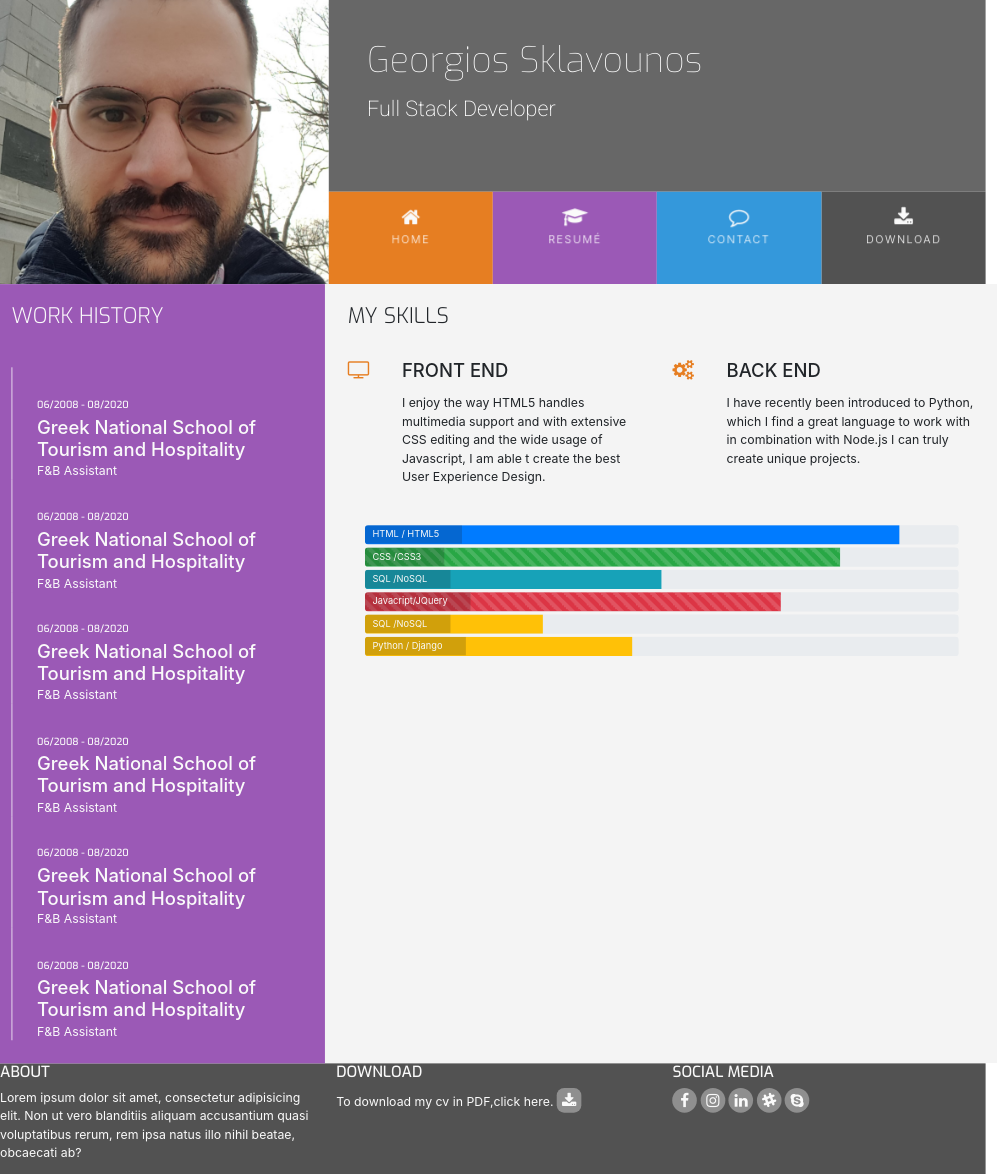
Repository: GeorgiosSklav/MyResume
Page: resume.html
The author's editor kept a record of every edit. The page is drawn from the files as they stood at one moment, then again after the next edit.
The browser window is 1280 px wide. The page is 1295 px wide, so the pictures cover 1295 px, including what lies to the right of the window. The pictures show the whole page, at 77% of full size.

Above is the page before.

### resume.html
<!DOCTYPE html>
<html lang="en">

<head>
    <meta charset="UTF-8">
    <meta name="viewport" content="width=device-width, initial-scale=1.0">
    <meta http-equiv="X-UA-Compatible" content="ie=edge">
    <link rel="stylesheet" href="https://stackpath.bootstrapcdn.com/bootstrap/4.3.1/css/bootstrap.min.css" type="text/css" />
    <link rel="stylesheet" href="https://stackpath.bootstrapcdn.com/font-awesome/4.7.0/css/font-awesome.min.css" type="text/css" />
    <link rel="stylesheet" href="assets/css/style.css" type="text/css" />
    <link rel="stylesheet" href="https://cdnjs.cloudflare.com/ajax/libs/hover.css/2.3.1/css/hover-min.css" type="text/css" />
    <title>Georgios Sklavounos resume</title>
</head>

<body>
    <header>
        <div class="row no-gutters">
            <a href="index.html" class="col-md-4 logo">

            </a>
            <div class="col-md-8">
                <div class="row no-gutters bg-color-name-title">
                    <div class="col heading">
                        <h1 class="name">Georgios Sklavounos</h1>
                        <h2 class="title">Full Stack Developer</h2>
                    </div>
                </div>
                <div class="row no-gutters">
                    <div class="col">
                        <ul id="nav" class="list-inline menucontainer">
                            <li class="col-6 col-sm-3 color-home list-inline-item menu-item">
                                <a href="#" class="hvr-sweep-to-right"><i class="fa fa-home" aria-hidden="true"></i><span>Home</span></a>
                            </li>
                            <li class="col-6 col-sm-3 color-resume list-inline-item menu-item">
                                <a href="#" class="hvr-sweep-to-left"><i class="fa fa-graduation-cap" aria-hidden="true"></i><span>Resumé</span></a>
                            </li>
                            <li class="col-6 col-sm-3 color-contact list-inline-item menu-item">
                                <a href="#" class="hvr-sweep-to-right"><i class="fa fa-comment-o" aria-hidden="true"></i><span>Contact</span></a>
                            </li>
                            <li class="col-6 col-sm-3 color-download list-inline-item menu-item">
                                <a href="#" class="hvr-sweep-to-left"><i class="fa fa-download" aria-hidden="true"></i><span>Download</span></a>
                            </li>
                        </ul>
                    </div>
                </div>
            </div>
    </header>
    <setion class="container-fluid">
        <div class="row">
            <div class="col-md-4 bg-color-work-history section-column">
                <div class="row">
                    <div class="col-12">
                        <h3 class="history-heading uppercase">Work History</h3>
                    </div>
                </div>
                <div class="history-items">
                    <div class="timeline-item" data-dates="06/2008 - 08/2020">
                        <h4>Greek National School of Tourism and Hospitality</h4>
                        <p>F&B Assistant</p>
                    </div>
                    <div class="timeline-item" data-dates="06/2008 - 08/2020">
                        <h4>Greek National School of Tourism and Hospitality</h4>
                        <p>F&B Assistant</p>
                    </div>
                    <div class="timeline-item" data-dates="06/2008 - 08/2020">
                        <h4>Greek National School of Tourism and Hospitality</h4>
                        <p>F&B Assistant</p>
                    </div>
                    <div class="timeline-item" data-dates="06/2008 - 08/2020">
                        <h4>Greek National School of Tourism and Hospitality</h4>
                        <p>F&B Assistant</p>
                    </div>
                    <div class="timeline-item" data-dates="06/2008 - 08/2020">
                        <h4>Greek National School of Tourism and Hospitality</h4>
                        <p>F&B Assistant</p>
                    </div>
                    <div class="timeline-item" data-dates="06/2008 - 08/2020">
                        <h4>Greek National School of Tourism and Hospitality</h4>
                        <p>F&B Assistant</p>
                    </div>
                </div>
            </div>
            <div class="col-md-8 bg-color-three-reasons section-column">
                <div class="row">
                    <div class="col">
                        <h3 class="section-heading uppercase">My Skills</h3>
                    </div>
                </div>
                <div class="row">
                    <div class="col-10 offset-1 offset-sm-0 col-sm-4 col-md-6">
                        <div class="row">
                            <div class="col-2">
                                <i class="three-reasons-icon fa fa-tv" aria-hidden="true"></i>
                            </div>
                            <div class="col-10">
                                <h4 class="three-reason-heading uppercase">Front End</h4>
                                <p>I enjoy the way HTML5 handles multimedia support and with extensive CSS editing and the wide usage of Javascript, I am able t create the best User Experience Design.</p>
                            </div>
                        </div>
                    </div>
                    <div class="col-10 offset-1 offset-sm-0 col-sm-4 col-md-6">
                        <div class="row">
                            <div class="col-2">
                                <i class="three-reasons-icon fa fa-gears" aria-hidden="true"></i>
                            </div>
                            <div class="col-10">
                                <h4 class="three-reason-heading uppercase">Back End</h4>
                                <p>I have recently been introduced to Python, which I find a great language to work with in combination with Node.js I can truly create unique projects.</p>
                            </div>
                        </div>
                    </div>
                </div>
                <div class="row progress-section">
                    <div class="col">
                        <div class="progress">
                            <div class="progress-bar" role="progressbar" aria-valuenow="90" aria-valuemin="0" aria-valuemax="100" style="width:90%;">
                                <span class="sr-only">90% complete</span>
                            </div>
                            <span class="progress-type">HTML / HTML5</span>
                        </div>
                        <div class="progress">
                            <div class="progress-bar progress-bar-striped bg-success" role="progressbar" aria-valuenow="80" aria-valuemin="0" aria-valuemax="100" style="width:80%;">
                                <span class="sr-only">80% complete</span>
                            </div>
                            <span class="progress-type">CSS /CSS3</span>
                        </div>
                        <div class="progress">
                            <div class="progress-bar bg-info" role="progressbar" style="width: 50%" aria-valuenow="50" aria-valuemin="0" aria-valuemax="100">
                                <span class="sr-only">50% complete</span>
                            </div>
                            <span class="progress-type">SQL /NoSQL</span>
                        </div>
                        <div class="progress">
                            <div class="progress-bar progress-bar-striped bg-danger" role="progressbar" aria-valuenow="70" aria-valuemin="0" aria-valuemax="100" style="width:70%;">
                                <span class="sr-only">70% complete</span>
                            </div>
                            <span class="progress-type">Javacript/JQuery</span>
                        </div>
                        <div class="progress">
                            <div class="progress-bar bg-info bg-warning" role="progressbar" style="width: 30%" aria-valuenow="30" aria-valuemin="0" aria-valuemax="100">
                                <span class="sr-only">30% complete</span>
                            </div>
                            <span class="progress-type">SQL /NoSQL</span>
                        </div>
                        <div class="progress">
                            <div class="progress-bar bg-info bg-warning" role="progressbar" style="width: 45%" aria-valuenow="45" aria-valuemin="0" aria-valuemax="100">
                                <span class="sr-only">45% complete</span>
                            </div>
                            <span class="progress-type">Python / Django</span>
                        </div>
                    </div>
                </div>
            </div>
        </div>
    </setion>
    <footer class="container-fluid ">
        <div class="row " id="footer-details ">
            <div class="col-sm-4 ">
                <h5 class="uppercase general-sub ">About</h5>
                <p class="inline-block ">
                    Lorem ipsum dolor sit amet, consectetur adipisicing elit. Non ut vero blanditiis aliquam accusantium quasi voluptatibus rerum, rem ipsa natus illo nihil beatae, obcaecati ab?
                </p>
            </div>
            <div class="col-sm-4 ">
                <h5 class="uppercase general-sub ">Download</h5>
                <p class="inline-block ">
                    To download my cv in PDF,click here.
                    <a href="# " target="_blank " class="cv-pdf ">
                        <i class="fa fa-download " aria-hidden="true "></i>
                        <span class="sr-only ">Download icon.</span>
                    </a>
                </p>
            </div>
            <div class="col-sm-4 ">
                <h5 class="uppercase general-sub ">Social Media</h5>
                <ul class="list-inline social-links ">
                    <li class="list-inline-item ">
                        <a target="_blank " href="# ">
                            <i class="fa fa-facebook "></i>
                            <span class="sr-only ">Facebook</span>
                        </a>
                    </li>
                    <li class="list-inline-item ">
                        <a target="_blank " href="# ">
                            <i class="fa fa-instagram "></i>
                            <span class="sr-only ">Instagram</span>
                        </a>
                    </li>
                    <li class="list-inline-item ">
                        <a target="_blank " href="# ">
                            <i class="fa fa-linkedin "></i>
                            <span class="sr-only ">Linked-In</span>
                        </a>
                    </li>
                    <li class="list-inline-item ">
                        <a target="_blank " href="# ">
                            <i class="fa fa-slack "></i>
                            <span class="sr-only ">Slack</span>
                        </a>
                    </li>
                    <li class="list-inline-item ">
                        <a target="_blank " href="# ">
                            <i class="fa fa-skype "></i>
                            <span class="sr-only ">Skype</span>
                        </a>
                    </li>
                </ul>
            </div>
        </div>
    </footer>
</body>

</html>

### assets/css/style.css
@import url('https://fonts.googleapis.com/css?family=Roboto:100,200,300,400,500,600,700|Exo:100,200,300,400,500,600,700');



/*-------------------------colours*/

.bg-color-name-title {
    background-color: #676767;
}

.color-home {
    background-color: #e67e22;
}

.color-resume {
    background-color: #9b59b6;
}

.color-contact {
    background-color: #3498db;
}

.color-download {
    background-color: #525252;
}

.bg-color-three-reasons {
    background-color: #f4f4f4;
}

.bg-color-personal-info {
    background-color: #f4f4f4;
}
.bg-color-work-history {
    background-color: #9b59b6;
}



/*---------------------------------Paddings,texts,etc*/

h1,
h2,
h3,
h4 {
    margin: 0;
}

.uppercase {
    text-transform: uppercase;
}

.general-sub {
    font-family: "Exo", sans-serif;
    color: #fafafa;
}

.inline-block {
    display: inline-block;
}

.row-table {
    display: table;
}

.section-column {
    display: table-cell;
    padding: 0 30px 30px;
    float: none;
}
.history-heading,
.section-heading {
    font-family: "Exo", sans-serif;
    font-weight: 300;
    margin-top: 25px;
    margin-bottom: 40px;
}

/*----------------------Container-fluid*/

.container-fluid {
    width: 100%;
    padding: 0;
    padding-bottom: 0;
    margin-right: auto;
    margin-left: auto;
}

/*----------------------heading*/

header {
    margin: 0;
}

.heading {
    margin-left: 50px;
}

.logo {
    background: url("../images/pic2.jpg");
    background-position: center;
    background-repeat: no-repeat;
    background-size: cover;
    min-height: 360px;
    transition: all 0.5s ease-in-out;
    -moz-transition: all 0.5s ease-in-out;
    -webkit-transition: all 0.5s ease-in-out;

}

.name {
    font-family: "Exo", sans-serif;
    font-weight: 100;
    font-size: 46px;
    margin-top: 50px;
    color: #fff;
}

.title {
    font-family: "Roboto", sans-serif;
    font-weight: 200;
    font-size: 28px;
    margin-top: 20px;
    margin-bottom: 90px;
    color: #fff;
}

.list-inline-item:not(:last-child) {
    margin: 0;
}

.menucontainer {
    font-size: 0;
}

#nav {
    margin: 0;
}

#nav li {
    font-size: 14px;
    padding: 0;
}

.menu-item {
    height: 120px;
    text-align: center;
    padding: 0;
}

.menu-item a {
    width: 100%;
    text-decoration: none;
    color: #fff;
    height: 120px;
}

.menu-item a i {
    padding-top: 20px;
    display: block;
    color: #fafafa;
    font-size: 26px;
}

.menu-item span {
    display: block;
    width: 100%;
    padding-top: 5px;
    text-align: center;
    text-transform: uppercase;
    font-size: 14px;
    font-weight: 300;
    letter-spacing: 2px;
}

/*--------------------------hover style*/

.hvr-sweep-to-right:before {
    background: rgb(0, 0, 0);
    height: 120px;
}

.hvr-sweep-to-left:before {
    background: rgba(0, 0, 0, 0.2);
    height: 120px;
}

/*---------------------------------footer*/

footer {
    background-color: #525252;
    color: #fafafa;
    min-height: 120px;
    margin: 0;
}

.social-links i {
    width: 32px;
    height: 32px;
    padding: 12px 0;
    border-radius: 50%;
    font-size: 20px;
    line-height: 10px;
    text-align: center;
    color: #fafafa;
    background: #8f8f8f;
    transition: all 0.35s ease-in-out;
    -moz-transition: all 0.35s ease-in-out;
    -o-transition: all 0.35s ease-in-out;
    -webkit-transition: all 0.35s ease-in-out;

}

.cv-pdf i {
    /*font-size: 19px;
    text-align: center;
    color: #fafafa;
    padding-left: 5px;
    transition: all 0.35s ease-in-out;
    -moz-transition: all 0.35s ease-in-out;
    -o-transition: all 0.35s ease-in-out;
    -webkit-transition: all 0.35s ease-in-out;*/
    width: 32px;
    height: 32px;
    padding: 12px 0;
    border-radius: 30%;
    font-size: 20px;
    line-height: 10px;
    text-align: center;
    color: #fafafa;
    background: #8f8f8f;
    transition: all 0.35s ease-in-out;
    -moz-transition: all 0.35s ease-in-out;
    -o-transition: all 0.35s ease-in-out;
    -webkit-transition: all 0.35s ease-in-out;


}

.cv-pdf i:hover {
    color: #e84610;
}

.social-links i:hover {
    color: #8f8f8f;
    background: #e84610;
}

#footer-details {
    padding: 20px;
}

/*----------------------three-reasons*/

.three-reasons-icon {
    font-size: 26px;
    color: #e67e22;
}

.three-reason-heading {
    margin-bottom: 15px;
}

/*----------------------personal-info*/

.personal-info-item {
    margin-bottom: 20px;
    display: block;
    clear: both;
}

.personal-info-item .key,
.personal-info-item .value {
    padding-right: 8px;
    display: inline-block;
}

.personal-info-item .key p,
.personal-info-item .value p {
    margin: 0;
}

.personal-info-item .key {
    width: 30%;
    margin-right: 21px;
    padding-top: 2px;
    vertical-align: top;
}

.personal-info-item .key p {
    font-weight: 700;
}

.personal-info-item .value {
    width: 60%;
    position: relative;
}

/*----------------------skills*/

.progress {
    position: relative;
    height: 25px;
    margin-bottom: 4px;
}

.progress-type {
    position: absolute;
    left: 0;
    font-weight: 400;
    padding: 3px 30px 3px 10px;
    color: #fafafa;
    background-color: rgba(25, 25, 25, 0.2);
}
.progress-section{
    margin: 35px 5px 30px 7px;
}
/*----------------------history-heading*/

.history-heading {
    color: #fafafa;
    margin-bottom: 50px;
}
.timeline-item {
    padding: 4em 3em 0em 2em;
    position: relative;
    color: #fafafa;
    border-left: solid 1px;
}
.timeline-item p {
    padding: 0;
    margin: 0;
}
.timeline-item:before{
    content: attr(data-dates);
    position: absolute;
    left: 2.5em;
    top: 3em;
    display: block;
    font-family: "Exo", sans-serif;
    font-weight: 500;
    font-size: 0.8em;
    padding: 0;
    margin: 0;
}
.timeline-item:after {
    width: 12px;
    height: 12px;
    display: block;
    top: 2.4em;
    position: absolute;
    left: -6px;
    background-color: #fafafa;
    border-radius: 50%;
}

After the next edit:
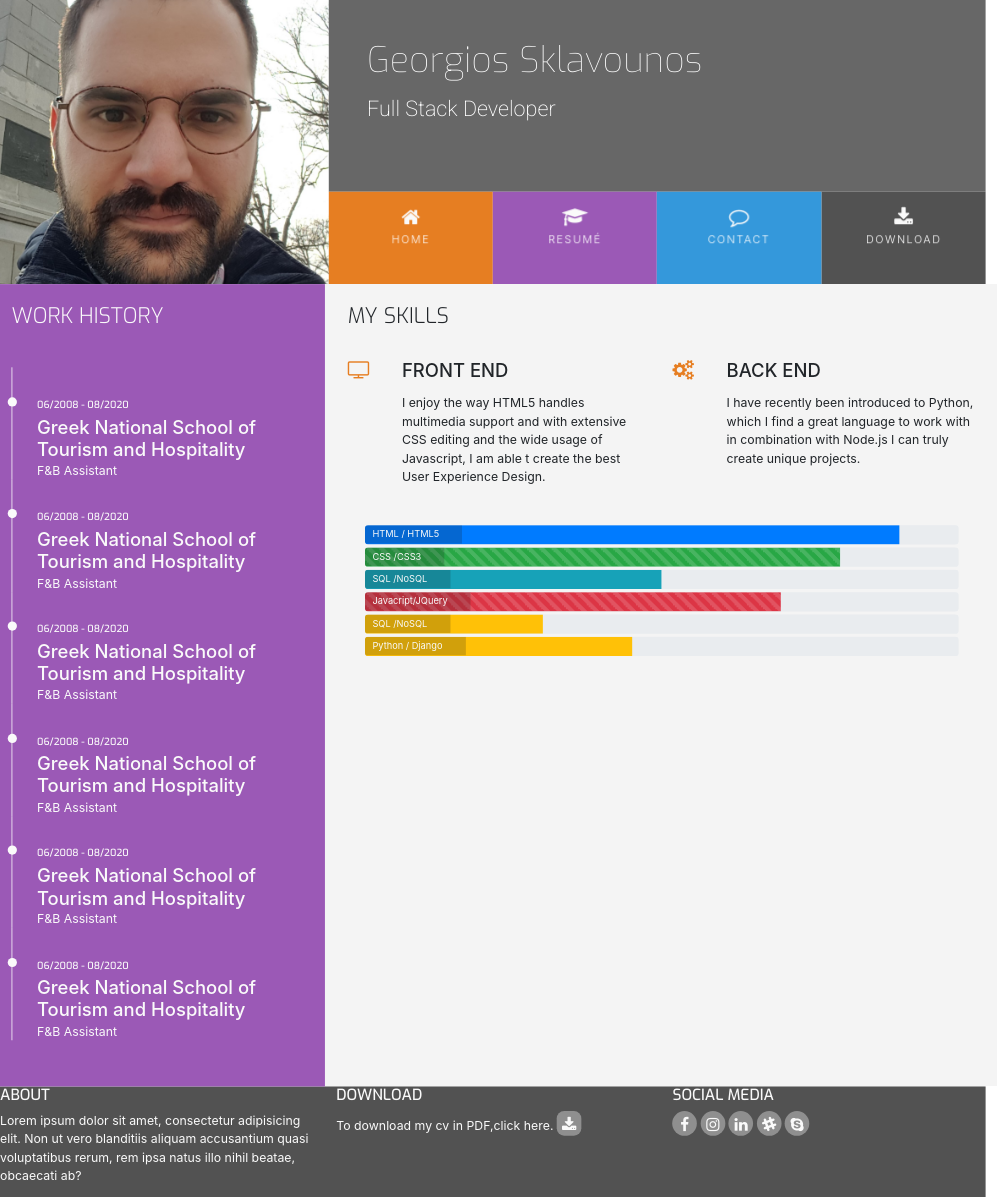
The edit:
--- a/assets/css/style.css
+++ b/assets/css/style.css
@@ -350,6 +350,10 @@
     top: 2.4em;
     position: absolute;
     left: -6px;
+    border-radius: 50%;
+    content: '';
     background-color: #fafafa;
-    border-radius: 50%;
-}
+}
+.history-items {
+    margin-bottom: 30px;
+}
